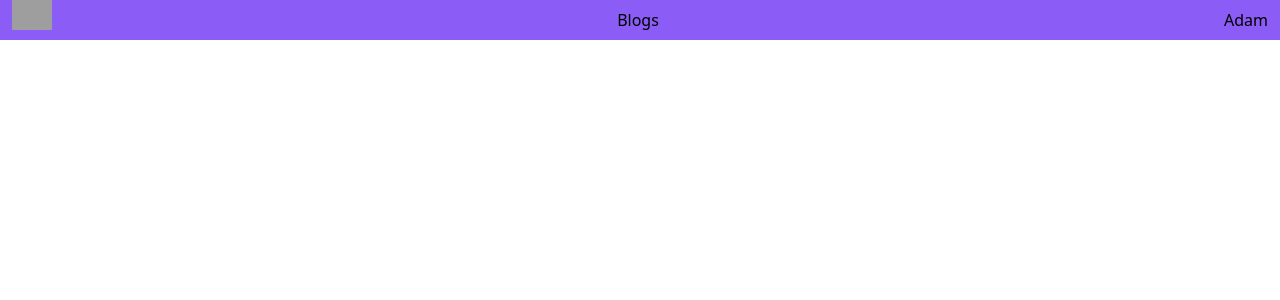
Repository: Lan-au-75/zv-app
Page: /
These files come from the project's save history. The page is drawn as it stood at one moment and after the next save; the edit follows.
The browser window is 1280 px wide. The pictures show the whole page.
Pictures or frames that could not be fetched are drawn as grey boxes. The project was rebuilt for these pictures with package versions that can differ from the ones it lists, and the page was loaded fresh each time. Also part of the build but not shown: vite.config.js.

Above is the page before, as saved 2023-12-13 10:46:14.

After the next save:
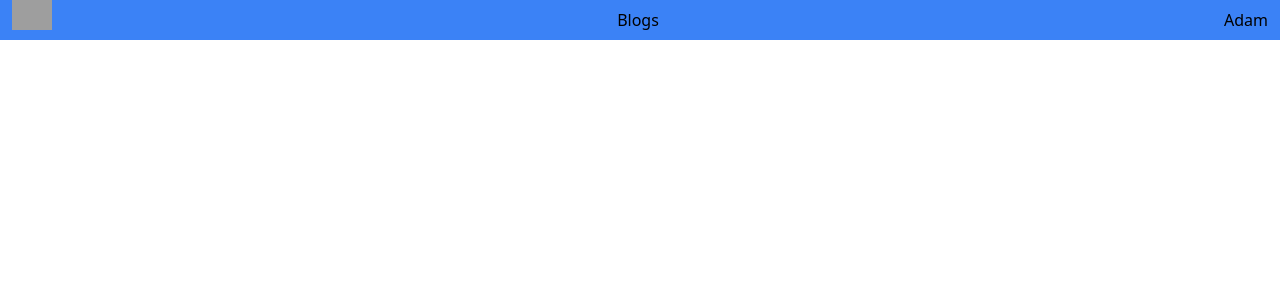
Saved 7 s later.
--- a/src/App.jsx
+++ b/src/App.jsx
@@ -1,6 +1,6 @@
 export default function App() {
     return (
-        <header className='bg-violet-500'>
+        <header className='bg-blue-500'>
             <div className='flex items-center justify-between mx-3 '>
                 <div className='w-10 h-10 '>
                     <img
